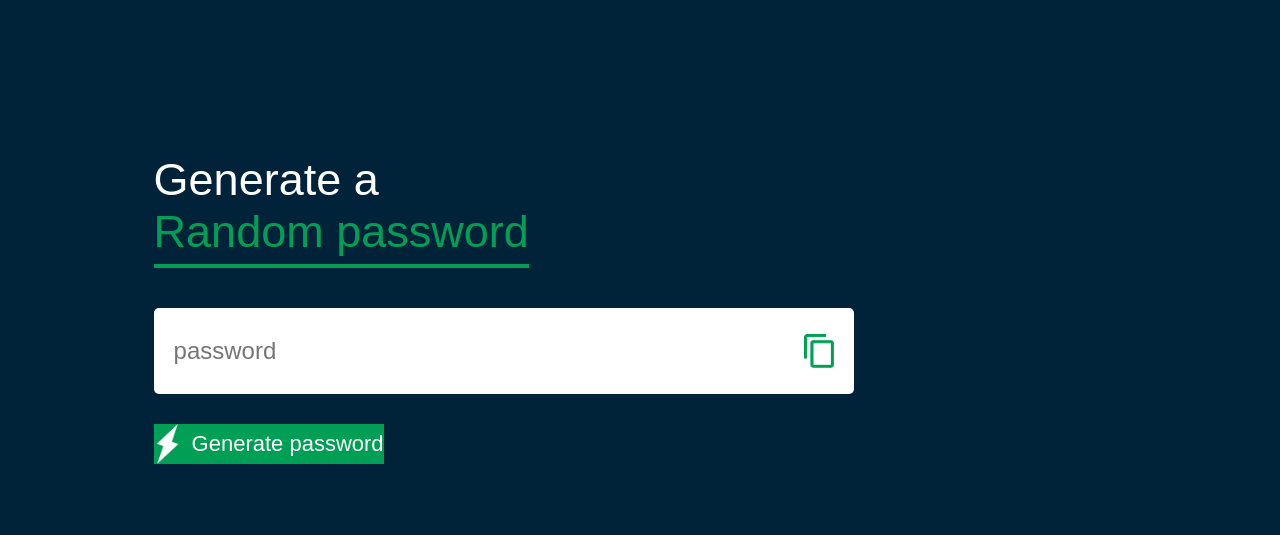
Repository: YAAMAR/password-generator
Page: Random password/index.html
The author's editor kept a copy of each file at every save. The page is drawn from the files as they stood at one save, then again after a run of saves.
The browser window is 1280 px wide. The pictures show the whole page.

Above is the page before, as saved 2024-05-02 19:15:43.

### Random password/index.html
<!DOCTYPE html>
<html lang="en">
<head>
    <meta charset="UTF-8">
    <meta name="viewport" content="width=device-width, initial-scale=1.0">
    <title>Random Password Generator-Easy Tutorials</title>
    <link rel="stylesheet" href="style.css">
</head>
<body>
    <div class="container">

        <h1>Generate a <br> <span>Random password</span></h1>
        <div class="display">

            <input type="text" id="password" placeholder="password">
            <img src="images/copy.png">
        </div>
        <button> <img src="images/generate.png">Generate password</button>
    </div>
</body>
</html>

### Random password/style.css
*{
    margin: 0;
    padding: 0;
    font-family: 'poppins',sans-serif;
    box-sizing: border-box;
}
body{
    background: #002339;
    color: #fff;
}
.container{
    margin: 12%;
    width: 90%;
    max-width: 700px;
}
.display{
    width: 100%;
    margin-top: 50px;
    margin-bottom: 30px;
    background:#fff ;
color: #fff;
display: flex;
align-items: center;
justify-content: space-between;
padding: 26px 20px;
border-radius: 5px;
}
.container h1{
    font-weight: 500;
    font-size: 45px;
}
.container h1 span{
    color: #019f55;
    border-bottom:4px solid #019f55 ;
    padding-bottom:7px ;

}
.display img{
    width: 30px;
    cursor: pointer;
}
.display input{
    border: 0;
    outline: 0;
    font-size: 24px;
}
.container button img{
    width: 28px;
    margin-right: 10px;

}
.container button{
    border: 0;
    outline: 0;
    background: #019f55;
    color: #fff;
    font-size: 22px;
    font-weight: 300;
    display: flex;
    align-items: center;
    justify-content: ;
}

After the next 7 saves:
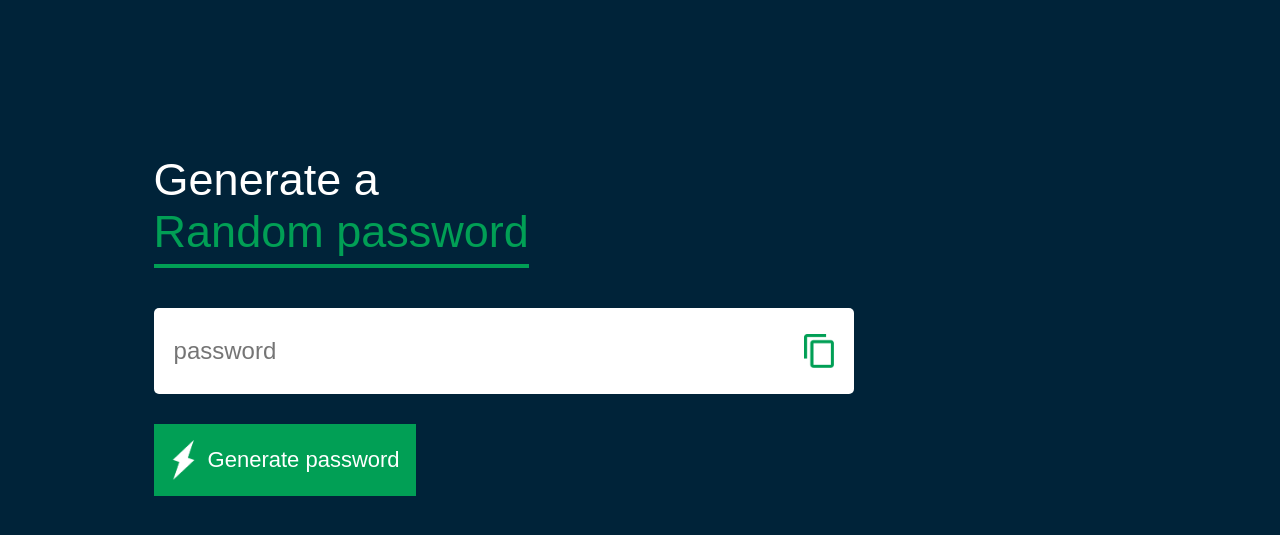
The 7 saves are shown as one change because they came seconds apart.
The last was saved 16 s later.
--- a/Random password/style.css
+++ b/Random password/style.css
@@ -58,5 +58,6 @@ border-radius: 5px;
     font-weight: 300;
     display: flex;
     align-items: center;
-    justify-content: ;
+    justify-content: center;
+    padding: 16px ;
 }
